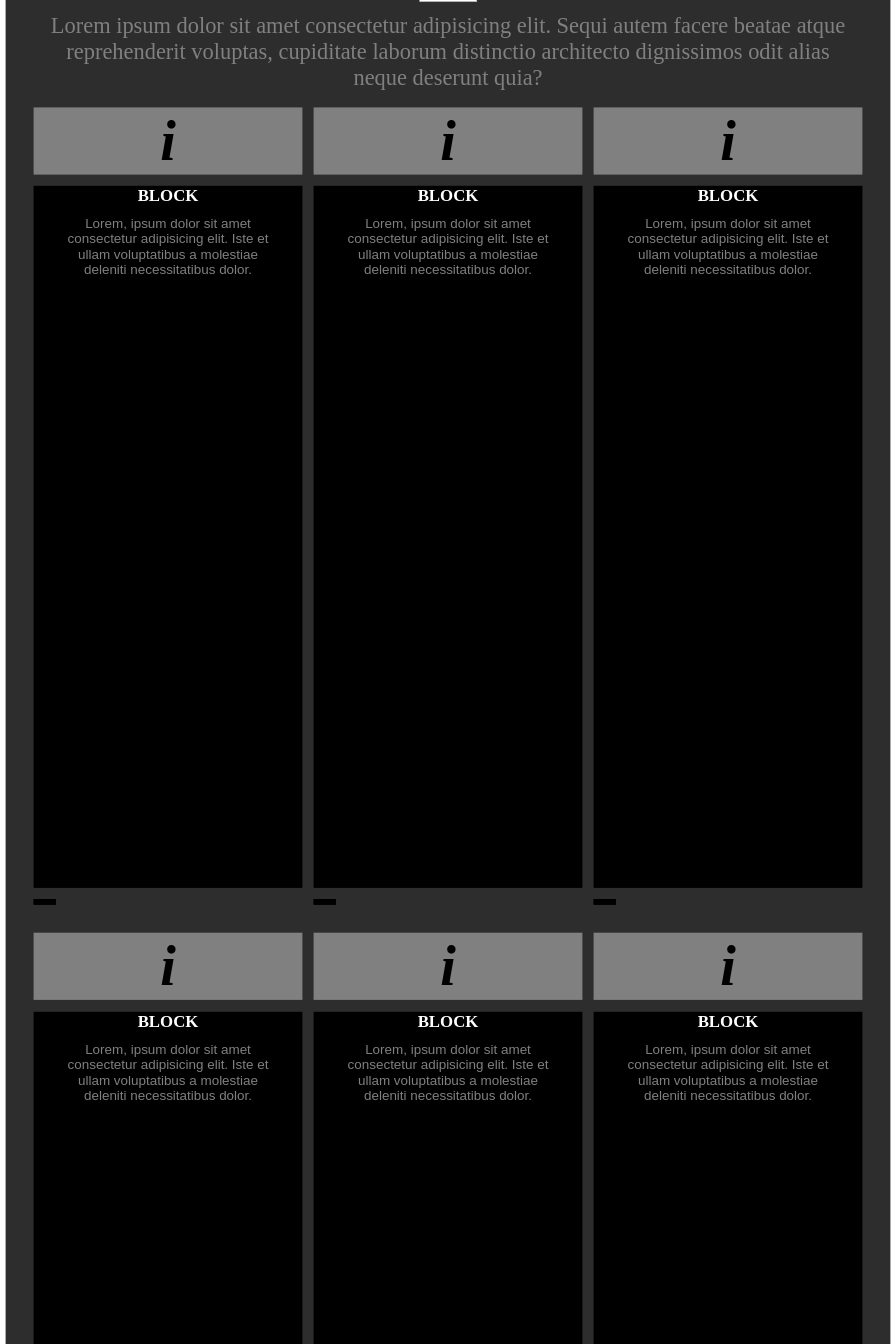
Repository: MohmdMHR/limesharp-test
Page: /
The author's editor kept a copy of each file at every save. The page is drawn from the files as they stood at one save, then again after the next save.
The browser window is 1280 px wide. The pictures show the part of the page from y = 368 to 2288 px (the page is 4300 px tall before and 4396 px after), at 70% of full size.
The project was rebuilt for these pictures with package versions that can differ from the ones it lists, and the page was loaded fresh each time. Also part of the build but not shown: vue.config.js.

Above is the page before, as saved 2022-07-20 18:00:06.

### src/main.js
import Vue from "vue";
import Main from "./Main.vue";

Vue.config.productionTip = false;

new Vue({
  render: (h) => h(Main),
}).$mount("#app");

### src/Main.vue
<template>
  <div class="main container">
    <h1 class="main-title">Experienced & multi-talented</h1>
    <hr class="spacer" />
    <div class="main-content">
      Lorem ipsum dolor sit amet consectetur adipisicing elit. Sequi autem
      facere beatae atque reprehenderit voluptas, cupiditate laborum distinctio
      architecto dignissimos odit alias neque deserunt quia?
    </div>
    <div class="cards-container">
      <card
        v-for="(card, index) in numberOfCards"
        :key="index"
        title="block"
      ></card>
    </div>
  </div>
</template>

<script>
import Card from "./components/card.vue";

export default {
  name: "App",
  components: {
    Card,
  },
  data() {
    return {
      numberOfCards: 8,
    };
  },
};
</script>

<style lang="scss" scoped>
.main {
  padding: 15rem 2rem;
  background-color: rgb(46, 45, 45);
}
.main-title {
  color: white;
  text-align: center;
  font-size: 3rem;
}
.spacer {
  border-top: 3px solid white;
  width: 5rem;
}
.main-content {
  color: gray;
  text-align: center;
  margin: 1rem 2rem;
  font-size: 2rem;
}
.cards-container {
  display: grid;
  grid-template-columns: repeat(auto-fit, 25rem);
  justify-content: center;
}
</style>

### src/components/card.vue
<template>
  <div class="card container">
    <div class="card-banner-img">i</div>
    <div class="card-content">
      <h1 class="card-content-title">{{ title }}</h1>
      <p class="card-content-text" :class="{ collapsed: collapsed }">
        Lorem, ipsum dolor sit amet consectetur adipisicing elit. Iste et ullam
        voluptatibus a molestiae deleniti necessitatibus dolor.
      </p>
    </div>

    <div
      class="card-btn"
      :class="{ toggled: collapsed }"
      @click="collapse()"
    ></div>
  </div>
</template>

<script>
export default {
  name: "SingleCard",
  data() {
    return {
      collapsed: false,
    };
  },
  props: {
    title: {
      type: String,
      Default: "Block",
    },
  },
  methods: {
    collapse() {
      this.collapsed = !this.collapsed;
    },
  },
};
</script>

<style lang="scss" scoped>
.card {
  border-radius: 0.5rem;
  position: relative;
  margin: 0.5rem;
}
.card-banner-img {
  overflow: hidden;
  background-color: gray;
  justify-content: center;
  display: flex;
  align-items: center;
  height: 6rem;
  font-weight: bold;
  font-style: italic;
  font-size: 5rem;
}
.card-content {
  background: black;
}
.card-content-title {
  color: white;
  text-transform: uppercase;
  text-align: center;

  font-size: 1.5rem;
}
.card-content-text {
  color: gray;
  text-align: center;
  height: 60rem;
  margin: 1rem 2rem;
  font-family: "proxima-nova", sans-serif;
  font-size: 1.2rem;
  &.collapsed {
    height: 100%;

    position: absolute;
    z-index: 1;
  }
}
.card-btn {
  cursor: pointer;
  height: 2rem;
  position: relative;
  width: 2rem;
  &:before,
  &:after {
    background: black;
    content: "";
    height: 0.5rem;
    left: 0;
    position: absolute;
    top: 0;
    width: 2rem;
    transition: transform 500ms ease;
  }
  &:after {
    transform-origin: center;
  }
  &.toggled {
    &:after {
      transform: rotate(90deg);
    }
    &:before {
      transform: rotate(180deg);
    }
  }
}
</style>

Loaded but not shown: public/index.html (common file)

After the next save:
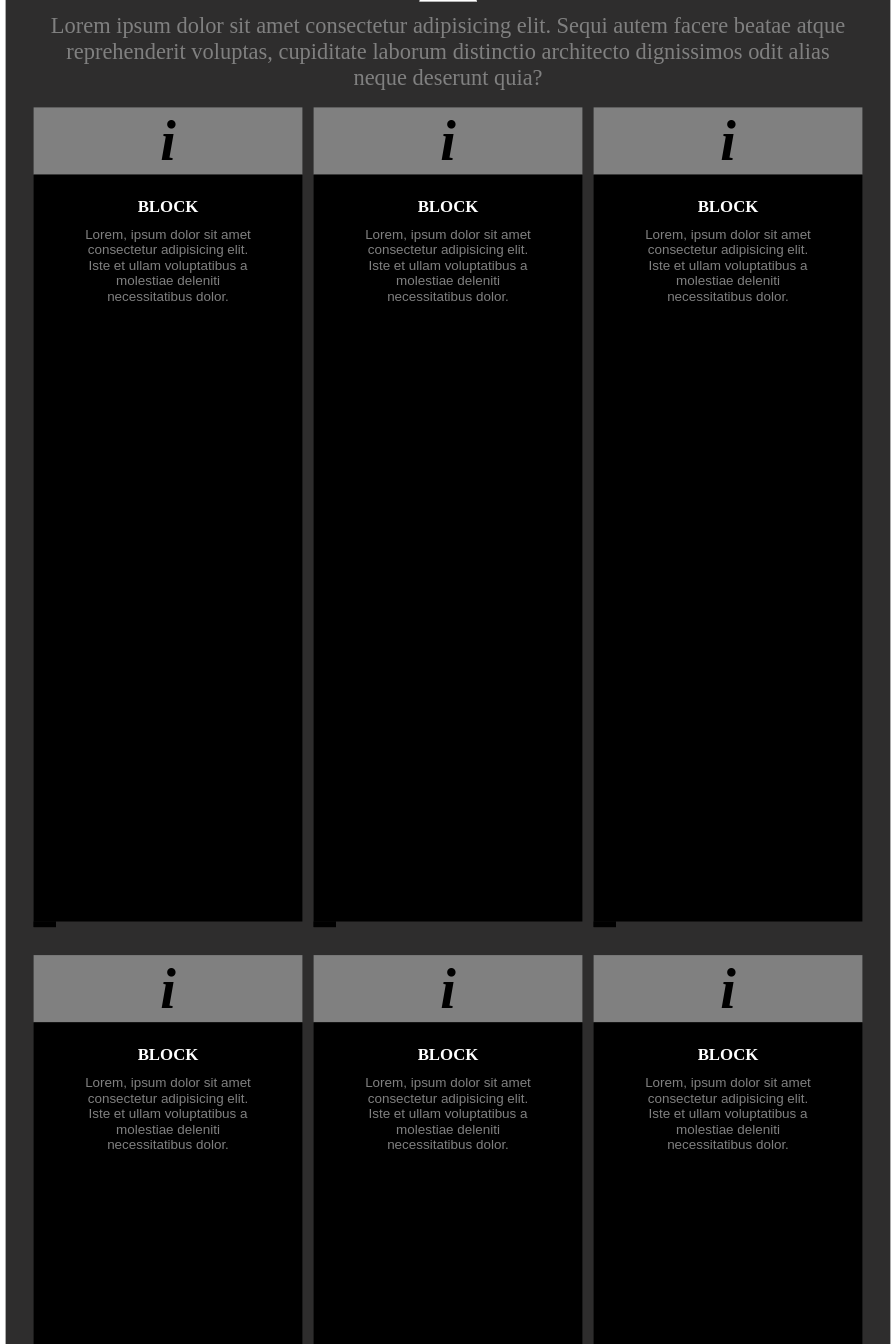
Saved 87 s later.
--- a/src/components/card.vue
+++ b/src/components/card.vue
@@ -58,6 +58,7 @@ export default {
 }
 .card-content {
   background: black;
+  padding: 1rem 2rem;
 }
 .card-content-title {
   color: white;
